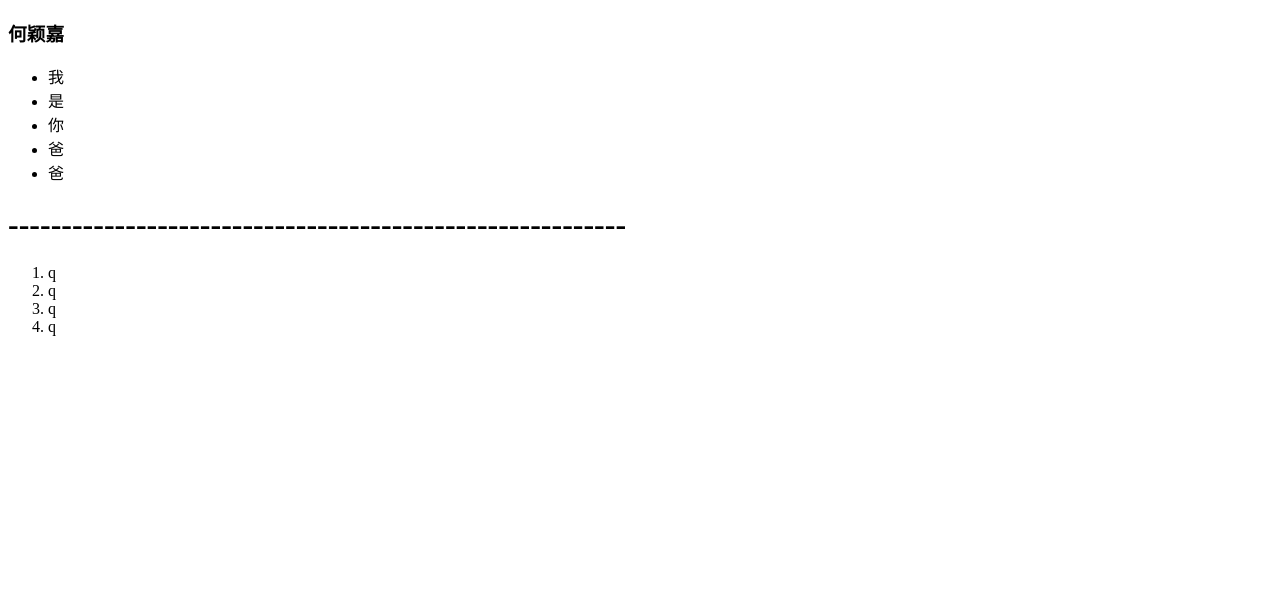
Repository: TheBestBadGuy0228/code
Page: day2_列表标签.html
The author's editor kept a copy of each file at every save. The page is drawn from the files as they stood at one save, then again after the next save.
The browser window is 1280 px wide. The pictures show the whole page.

Above is the page before, as saved 2021-06-23 16:00:41.

After the next save:
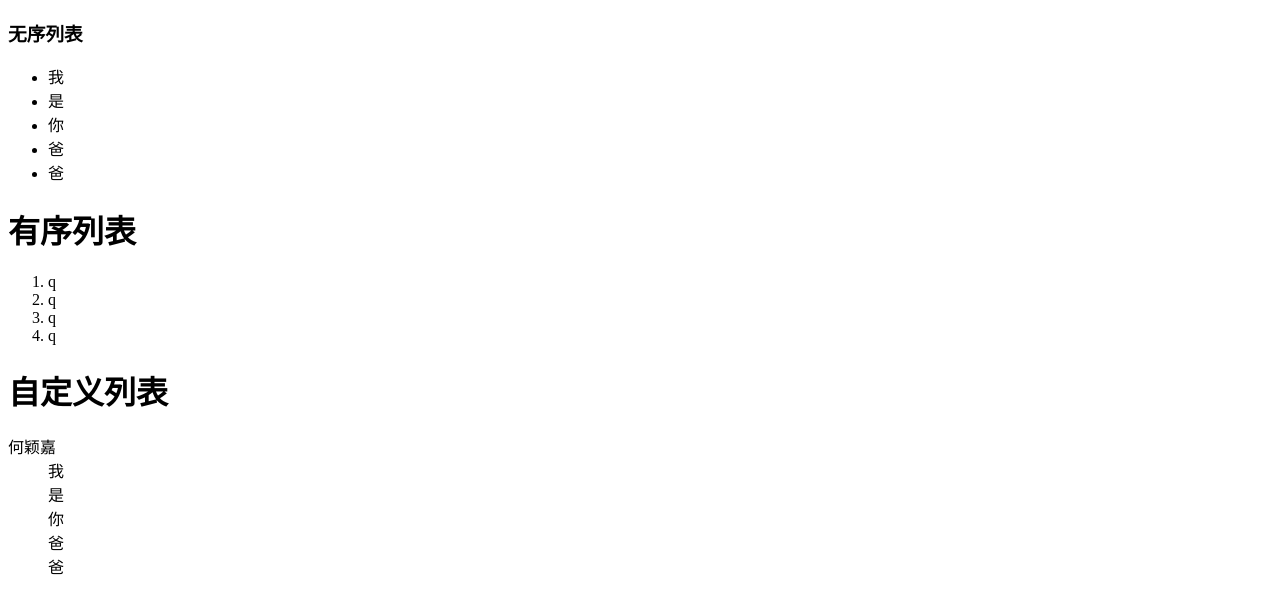
Saved 6 min 17 s later.
--- a/day2_列表标签.html
+++ b/day2_列表标签.html
@@ -13,7 +13,7 @@
     <title>列表标签</title>
 </head>
 <body>
-    <h3>何颖嘉</h3>
+    <h3>无序列表</h3>
     <ul>
         <li>我</li>
         <li>是</li>
@@ -21,12 +21,21 @@
         <li>爸</li>
         <li>爸</li>
     </ul>
-    <h1>----------------------------------------------------------</h1>
+    <h1>有序列表</h1>
     <ol>
         <li>q</li>
         <li>q</li>
         <li>q</li>
         <li>q</li>
     </ol>
+    <h1>自定义列表</h1>
+    <dl>
+        <dt>何颖嘉</dt>
+        <dd>我</dd>
+        <dd>是</dd>
+        <dd>你</dd>
+        <dd>爸</dd>
+        <dd>爸</dd>
+    </dl>
 </body>
 </html>
